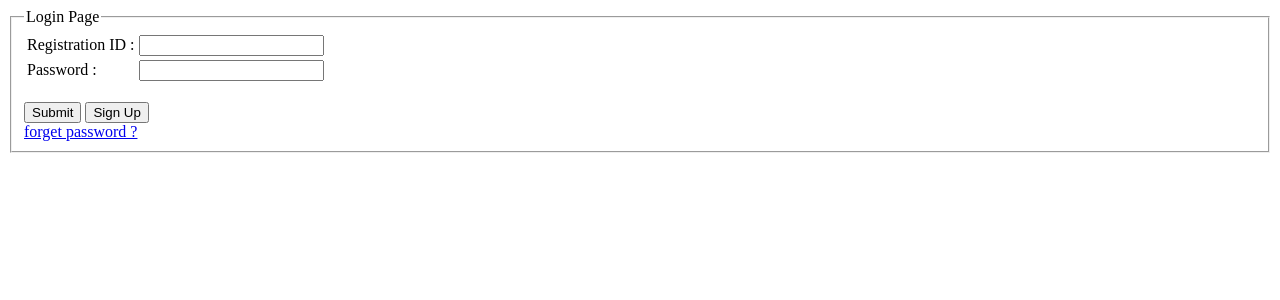
Repository: vishaldhardubey/Java-Programs-BridgeIT
Page: Maven/StudentInfoApplication/WebContent/loginPage.html
An editor plug-in stored every save of this project. The page is shown before and after the next save, followed by the edit.
The browser window is 1280 px wide. The pictures show the whole page.

Above is the page before, as saved 2018-06-20 13:01:19.

After the next save:
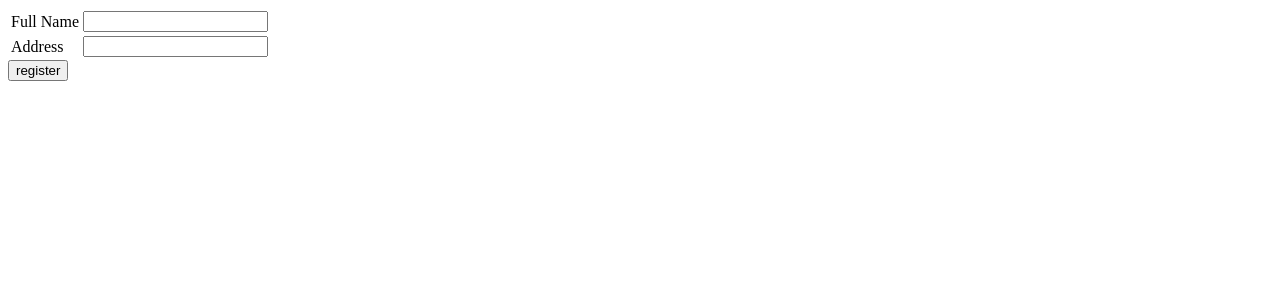
Saved 4 min 43 s later.
--- a/Maven/StudentInfoApplication/WebContent/loginPage.html
+++ b/Maven/StudentInfoApplication/WebContent/loginPage.html
@@ -21,7 +21,7 @@ function Validation(){
 </script> -->
 </head>
 <body>
-<fieldset title="Change Password">
+<!-- <fieldset title="Change Password">
 <legend> Login Page</legend>
 <form action="login" method="post">
 	<table>
@@ -40,6 +40,19 @@ function Validation(){
 	<br>
 	<a href="changePassword.html">forget password ?</a>
 	</form>
-	</fieldset>
+	</fieldset> -->
+	<form action="RegistrationController" method="post">
+			<table style="with: 50%">
+				<tr>
+					<td>Full Name</td>
+					<td><input type="text" name="fullname" /></td>
+				</tr>
+				<tr>
+					<td>Address</td>
+					<td><input type="text" name="address" /></td>
+				</tr>
+				</table>
+			<input type="submit" value="register" />
+		</form>
 </body>
 </html>
